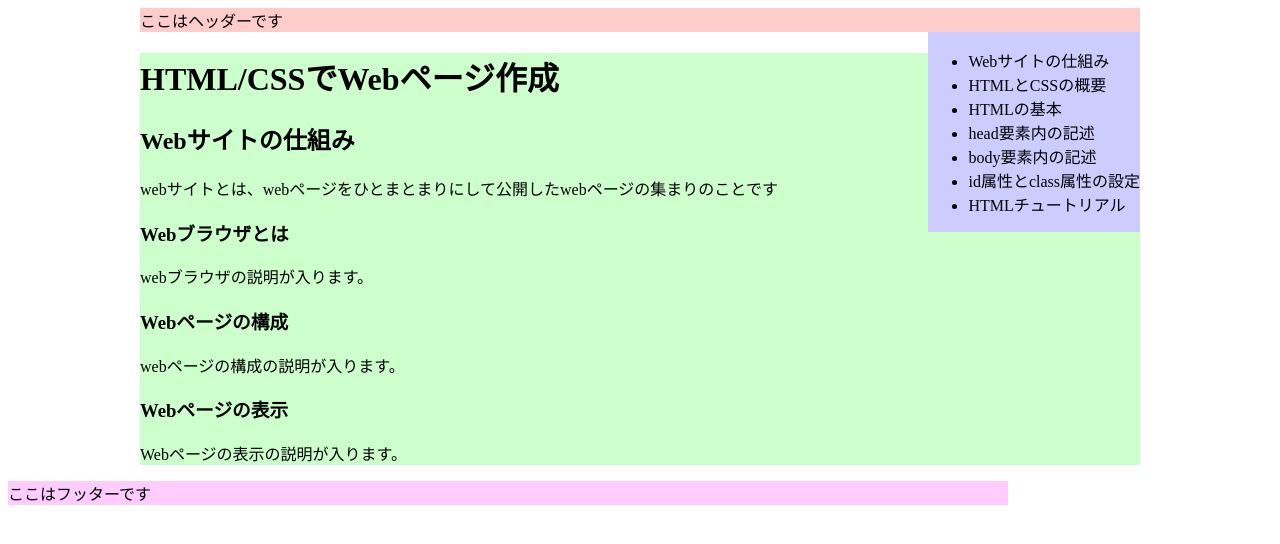
Repository: tak-hs/first-git
Page: kadai-html.html
The author's editor kept a record of every edit. The page is drawn from the files as they stood at one moment, then again after the next edit.
The browser window is 1280 px wide. The pictures show the whole page.

Above is the page before.

After the next edit:
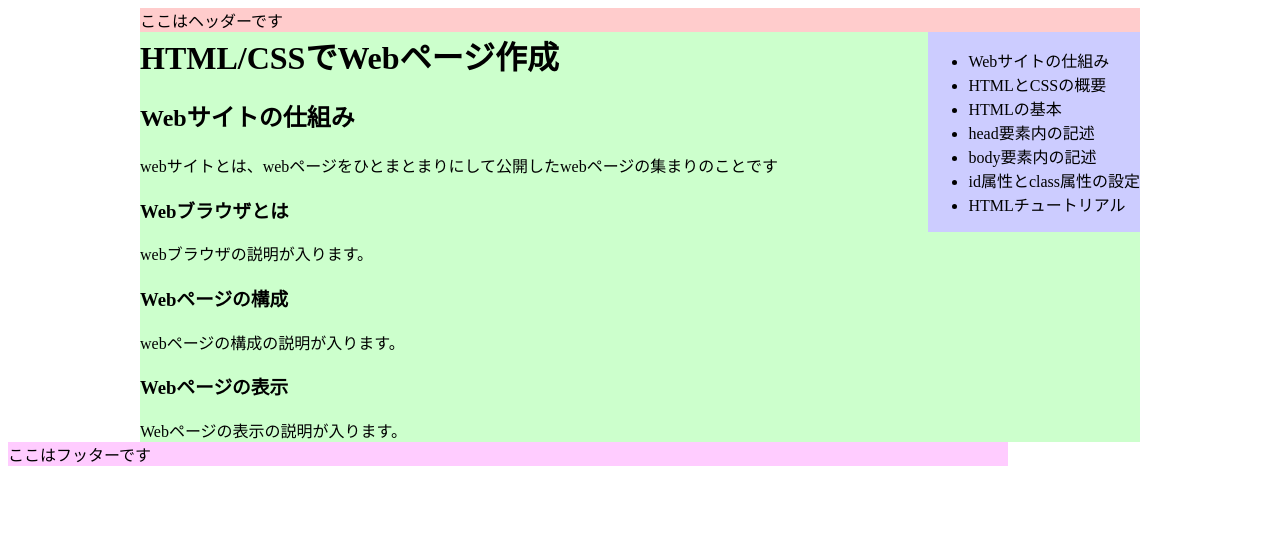
The edit:
--- a/kadai-css.css
+++ b/kadai-css.css
@@ -31,7 +31,9 @@
     background-color: #ccffcc;
 }
 
-#menu p{
+#main h1,
+#menu p,
+footer p{
     margin:0 0;
 }
 
